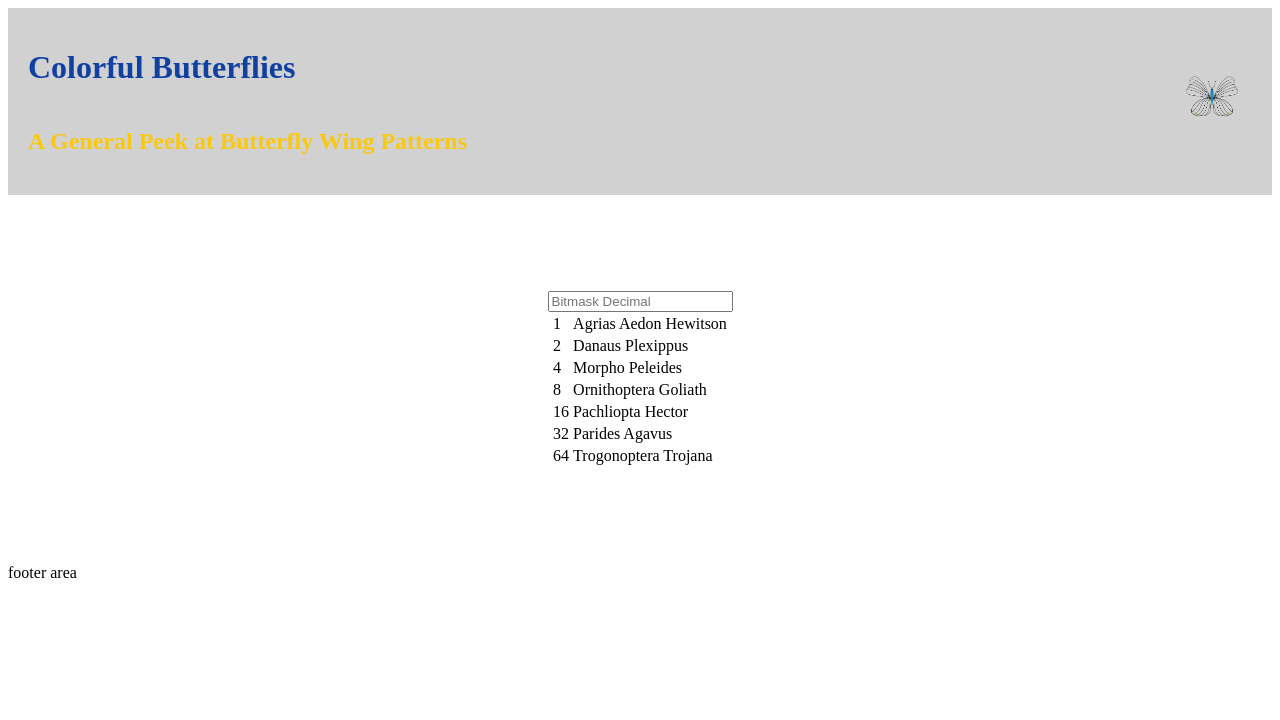
Repository: MeowCeline00/assessment-2
Page: /
An editor plug-in stored every save of this project. The page is shown before and after the next save, followed by the edit.
The browser window is 1280 px wide. The pictures show the whole page.
The project was rebuilt for these pictures with package versions that can differ from the ones it lists, and the page was loaded fresh each time. The framework's server and built-in components were replaced by stand-ins that run in the browser. Also part of the build but not shown: next.config.mjs.

Above is the page before, as saved 2024-02-07 21:56:04.

After the next save:
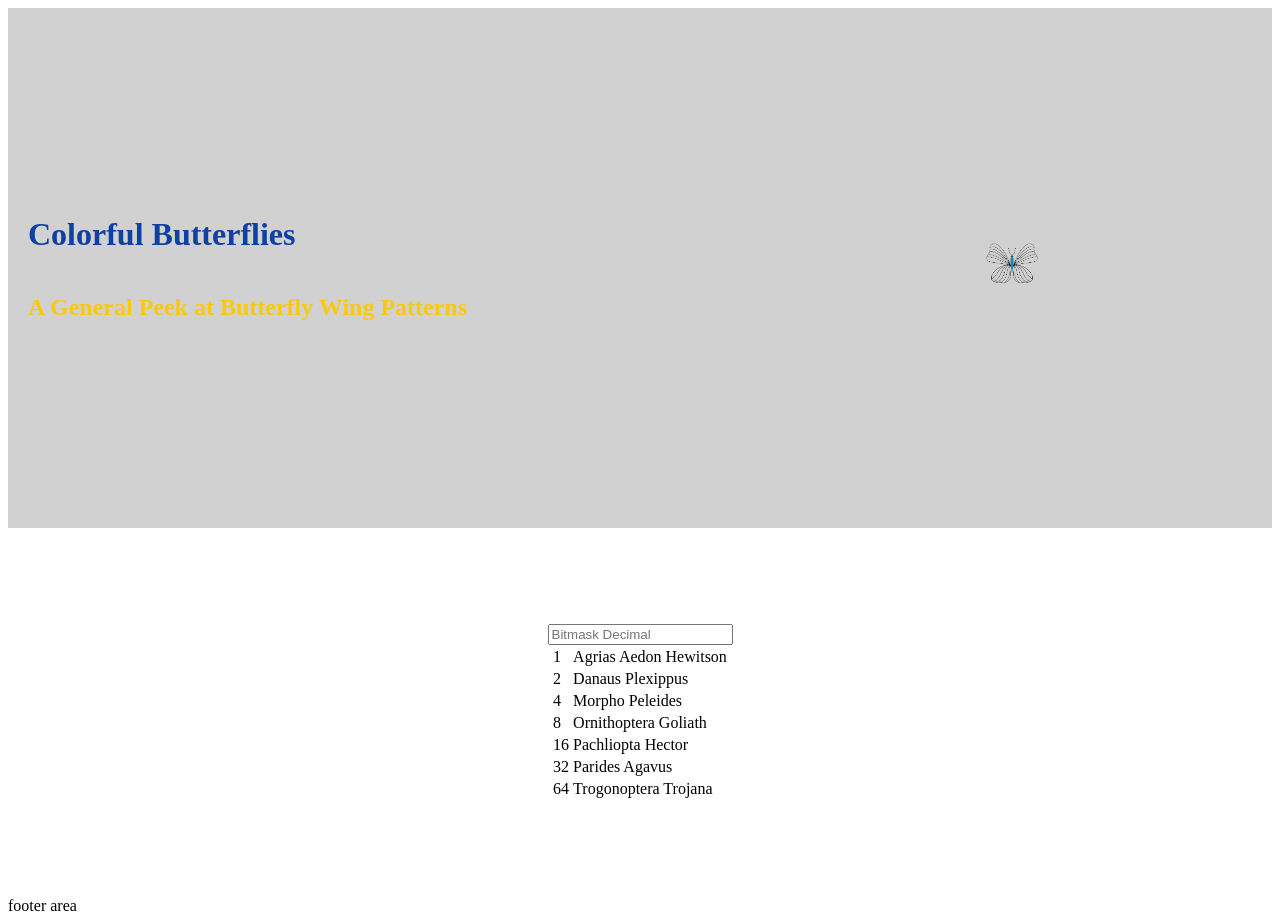
Saved 4 s later.
--- a/Components/Header/Header.module.css
+++ b/Components/Header/Header.module.css
@@ -21,5 +21,5 @@
 
 .logoArea {
   display: flex;
-  padding: px;
+  padding: 200px;
 }
